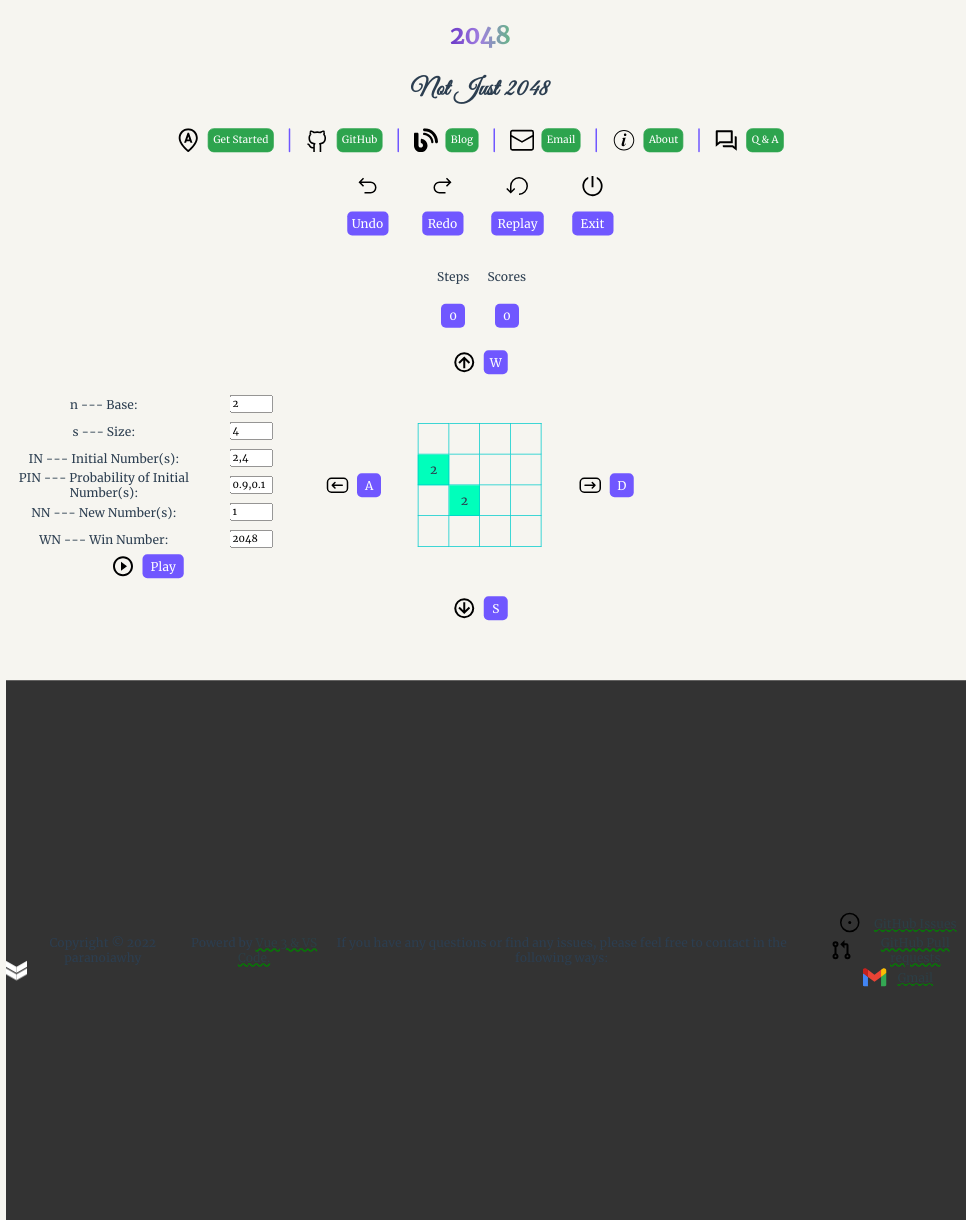
Repository: 321paranoiawhy/2048
Page: /
The author's editor kept a copy of each file at every save. The page is drawn from the files as they stood at one save, then again after the next save.
The browser window is 1280 px wide. The page is 1288 px wide, so the pictures cover 1288 px, including what lies to the right of the window. The pictures show the whole page, at 75% of full size.
The project was rebuilt for these pictures with package versions that can differ from the ones it lists, and the page was loaded fresh each time. Also part of the build but not shown: vue.config.js.

Above is the page before, as saved 2022-04-29 20:54:01.

### src/App.vue
<template>
    <router-view />
</template>

<style lang="scss">
// 字体
@font-face {
    font-family: Merriweather-Regular;
    src: url(/src/assets/fonts/Merriweather-Regular.ttf);
}
#app {
    font-family: Merriweather-Regular;
    -webkit-font-smoothing: antialiased;
    -moz-osx-font-smoothing: grayscale;
    text-align: center;
    color: #2c3e50;
}
// 网页背景色 https://manuelmoreale.com/
html {
    background-color: #f6f5f0;
    scroll-behavior: smooth;
}
nav {
    padding: 30px;

    a {
        font-weight: bold;
        color: #2c3e50;

        &.router-link-exact-active {
            color: #42b983;
        }
    }
}
</style>

### src/components/footer.vue
<template>
    <!-- https://www.rapidtables.com/web/html/html-codes/html-code-copyright.html -->
    <!-- &copy; -->
    <!-- &#9400; -->
    <footer>
        <div class="container">
            <div class="chevron"></div>
            <div class="chevron"></div>
            <div class="chevron"></div>
        </div>
        <!-- <img
            src="../assets/images/IcRoundKeyboardDoubleArrowDown.svg"
            alt="DoubleArrowDown"
            class="double-arrow-down"
        /> -->
        <p>Copyright &copy; 2022 paranoiawhy</p>
        <p>Powerd by <a>Vue 3 & VS Code.</a></p>
        <p>
            If you have any questions or find any issues, please feel free to
            contact in the following ways:
        </p>
        <ul>
            <li>
                <img src="../assets/images/CodiconIssues.svg" alt="" />
                <a
                    href="https://github.com/321paranoiawhy/2048-Vue/issues"
                    target="_blank"
                    >GitHub Issues
                </a>
            </li>
            <li>
                <img src="../assets/images/MdiSourcePull.svg" alt="" />
                <a
                    href="https://github.com/321paranoiawhy/2048-Vue/pulls"
                    target="_blank"
                    >GitHub Pull requests
                </a>
            </li>
            <li>
                <img src="../assets/images/LogosGoogleGmail.svg" alt="" />
                <a href="mailto:paranoiawhy@gmail.com">Gmail</a>
            </li>
        </ul>
    </footer>
</template>

<script>
export default {
    name: "Footer",
};
</script>

<style lang="scss">
// 定义图标尺寸
$width-height: 32px;
// 文字波浪下划线 https://developer.mozilla.org/zh-CN/docs/Web/CSS/text-decoration
footer a {
    text-decoration: green wavy underline;
    color: #2c3e45;
}
footer {
    display: flex;
    justify-content: center;
    align-items: center;
    position: absolute;
    width: 100%;
    height: 100%;
    background: #333;

    margin-top: 80px;
    & .double-arrow-down {
        width: 50px;
        height: 50px;
    }
    & ul {
        width: fit-content;
        margin-left: auto;
        margin-right: auto;
        & li {
            display: flex;
            justify-content: center;
            align-items: center;
            & img {
                width: $width-height;
                height: $width-height;
                margin-right: 15px;
            }
        }
    }
    & .container {
        position: relative;
        width: 24px;
        height: 24px;
    }
}

.chevron {
    position: absolute;
    width: 28px;
    height: 8px;
    opacity: 0;
    transform: scale3d(0.5, 0.5, 0.5);
    animation: move 3s ease-out infinite;
}

.chevron:first-child {
    animation: move 3s ease-out 1s infinite;
}

.chevron:nth-child(2) {
    animation: move 3s ease-out 2s infinite;
}

.chevron:before,
.chevron:after {
    content: " ";
    position: absolute;
    top: 0;
    height: 100%;
    width: 51%;
    background: #fff;
}

.chevron:before {
    left: 0;
    transform: skew(0deg, 30deg);
}

.chevron:after {
    right: 0;
    width: 50%;
    transform: skew(0deg, -30deg);
}

@keyframes move {
    25% {
        opacity: 1;
    }
    33% {
        opacity: 1;
        transform: translateY(30px);
    }
    67% {
        opacity: 1;
        transform: translateY(40px);
    }
    100% {
        opacity: 0;
        transform: translateY(55px) scale3d(0.5, 0.5, 0.5);
    }
}
</style>

Loaded but not shown: public/index.html (common file); src/main.js (common file); src/store/index.js (common file); src/router/index.js (41 lines, source omitted); src/views/HomeView.vue (1187 lines, source omitted)

After the next save:
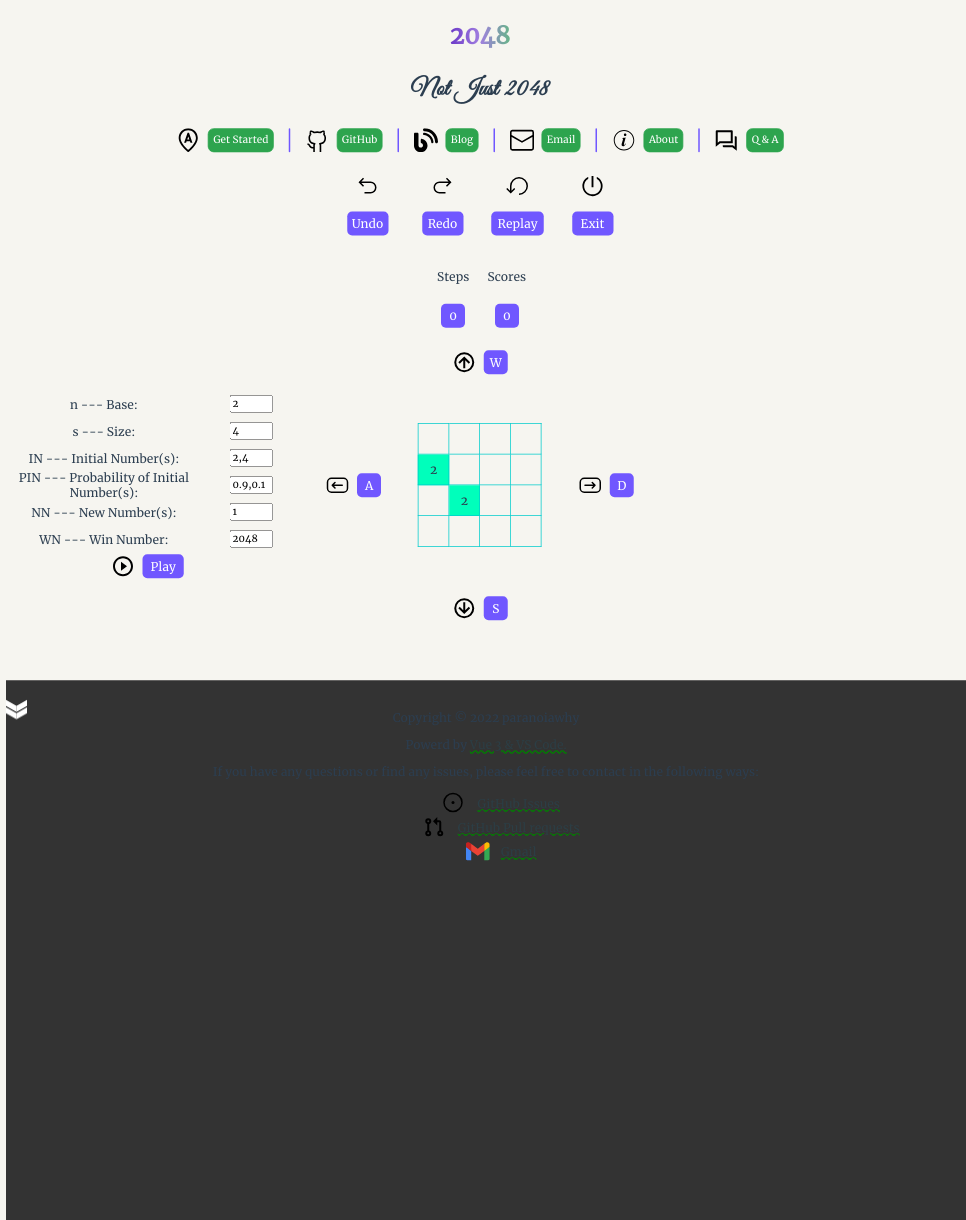
Saved 18 s later.
--- a/src/components/footer.vue
+++ b/src/components/footer.vue
@@ -59,9 +59,9 @@ footer a {
     color: #2c3e45;
 }
 footer {
-    display: flex;
-    justify-content: center;
-    align-items: center;
+    // display: flex;
+    // justify-content: center;
+    // align-items: center;
     position: absolute;
     width: 100%;
     height: 100%;
